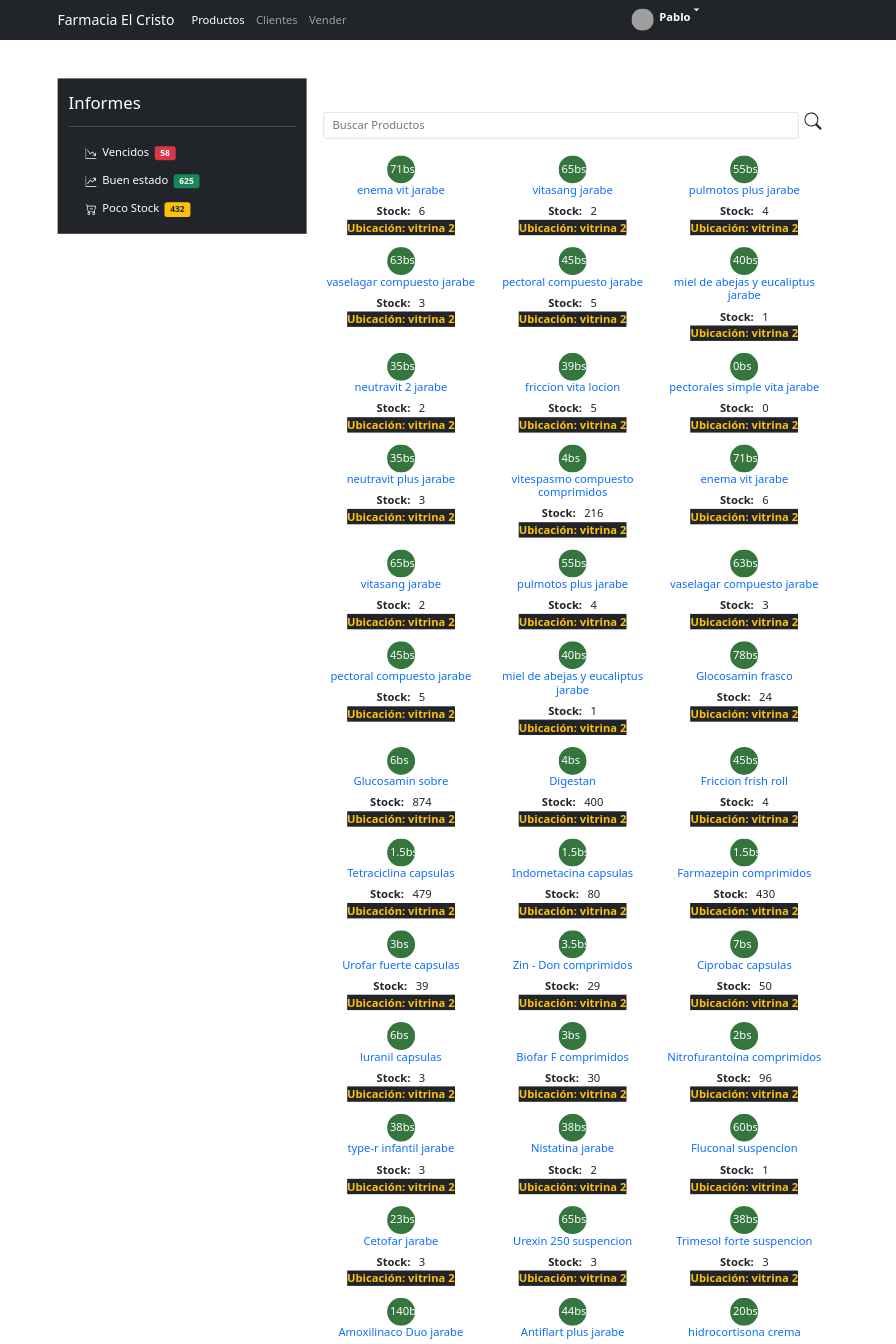
Repository: covales/farmacia
Page: /
An editor plug-in stored every save of this project. The page is shown before and after the next save, followed by the edit.
The browser window is 1280 px wide. The pictures show the part of the page from y = 0 to 1920 px (the page is 36407 px tall), at 70% of full size.
Pictures or frames that could not be fetched are drawn as grey boxes. The project was rebuilt for these pictures with package versions that can differ from the ones it lists, and the page was loaded fresh each time. Also part of the build but not shown: src/components/header/Header.jsx, src/components/product/ListProductVencidos.jsx, src/components/product/ListProductGood.jsx, src/components/product/ListProductLowStock.jsx, src/components/product/ProductSale.jsx, src/clientes/ListClient.jsx, src/components/product/Product.jsx.

Above is the page before, as saved 2022-01-23 13:19:07.

After the next save:
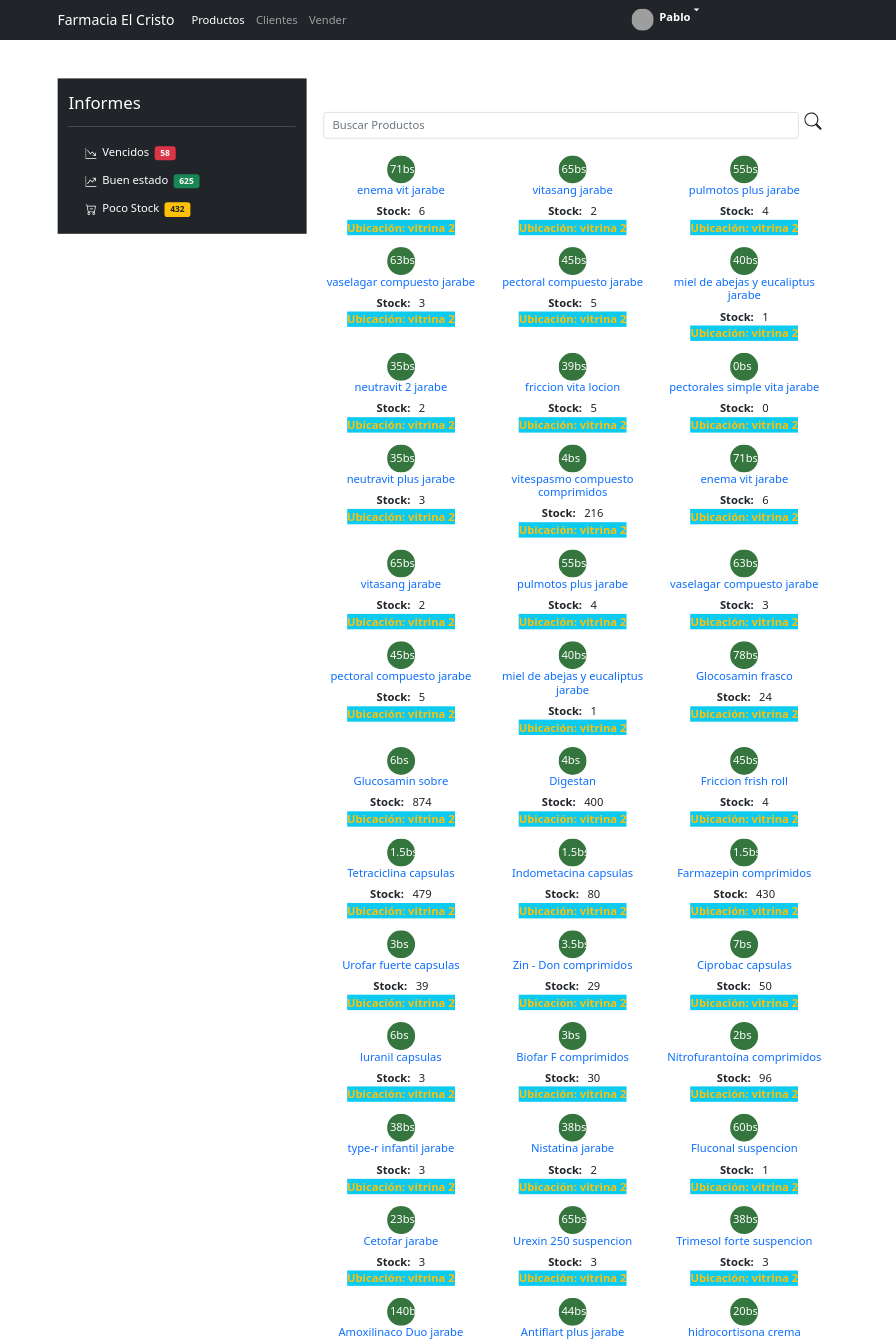
Saved 20 min 17 s later.
--- a/src/components/product/ListProduct.jsx
+++ b/src/components/product/ListProduct.jsx
@@ -64,7 +64,7 @@ const ListProduct = () => {
                             <svg className="bd-placeholder-img rounded-circle" width="40" height="40" role="img" preserveAspectRatio="xMidYMid slice" focusable="false"><rect width="100%" height="100%" fill="#35753e" /><text x="10%" y="50%" fill="#fff" dy=".3em">{producto.pVenta}bs</text></svg>
                             <h6 className='text-primary '>{producto.medicamentoPresentacion}</h6>
                             <p ><b className='me-2'>Stock:</b> {producto.cantidad}<br />
-                                <span className='text-warning bg-dark'> <b> Ubicación: {producto.ubicacion}</b> </span>
+                                <span className='text-warning bg-info'> <b> Ubicación: {producto.ubicacion}</b> </span>
                             </p>
 
                         </div>
